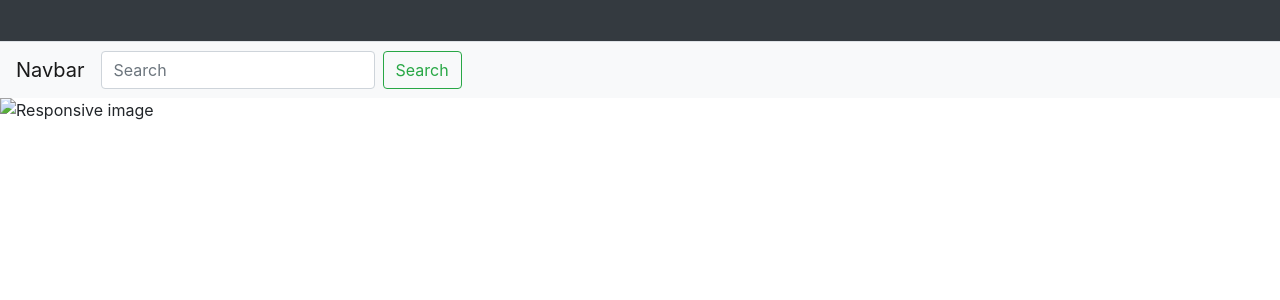
Repository: Alaa-OmarAlshobaki/portfolio
Page: index.html
An editor plug-in stored every save of this project. The page is shown before and after the next save, followed by the edit.
The browser window is 1280 px wide. The pictures show the whole page.
Some web fonts or font styles are not loaded; a fallback is used.

Above is the page before, as saved 2020-03-11 22:53:21.

### index.html
<!DOCTYPE html>
<html lang="en">
  <head>
    <meta charset="UTF-8" />
    <meta name="viewport" content="width=device-width, initial-scale=1.0" />
    <link rel="icon" href="public/img/cv.png" type="image/gif" sizes="16x16">
    <link rel="stylesheet" href="public/fonts/icomoon/style.css">
    <link rel="stylesheet" href="public/fonts/flaticon/font/flaticon.css">
    <link rel="stylesheet" href="https://stackpath.bootstrapcdn.com/bootstrap/4.3.1/css/bootstrap.min.css" integrity="sha384-ggOyR0iXCbMQv3Xipma34MD+dH/1fQ784/j6cY/iJTQUOhcWr7x9JvoRxT2MZw1T" crossorigin="anonymous">
    <link href="https://fonts.googleapis.com/css?family=Dancing+Script&display=swap" rel="stylesheet">
    <link rel="stylesheet" href="public/js/jquery-ui/jquery-ui.css" />
    <link rel="stylesheet" href="public/css/style.css" />
    <script src="https://code.jquery.com/jquery-3.3.1.slim.min.js" integrity="sha384-q8i/X+965DzO0rT7abK41JStQIAqVgRVzpbzo5smXKp4YfRvH+8abtTE1Pi6jizo" crossorigin="anonymous"></script>
    <script src="https://cdnjs.cloudflare.com/ajax/libs/popper.js/1.14.7/umd/popper.min.js" integrity="sha384-UO2eT0CpHqdSJQ6hJty5KVphtPhzWj9WO1clHTMGa3JDZwrnQq4sF86dIHNDz0W1" crossorigin="anonymous"></script>
    <script src="https://stackpath.bootstrapcdn.com/bootstrap/4.3.1/js/bootstrap.min.js" integrity="sha384-JjSmVgyd0p3pXB1rRibZUAYoIIy6OrQ6VrjIEaFf/nJGzIxFDsf4x0xIM+B07jRM" crossorigin="anonymous"></script>
    <script type="text/javascript" src="public/js/jquery.js"></script>
    <script type="text/javascript" src="public/js/jquery-ui/jquery-ui.js"></script>

    <script>

      </script>

    <title>Portfolio</title>

    </style>
  </head>
  <body>

  <div class="site-wrap">
<!-- start section social header -->
  <section>

    <div class="border-bottom top-bar py-2 bg-dark" id="home-section">
      <div class="container">
        <div class="row">
         <div class="col-7"></div>
          <div class="col-5">
            <div class="row">
              <div class="col-2"><a href="https://github.com/Alaa-OmarAlshobaki"><span class="icon-github"></span></a></div>
              <div class="col-2"><a href="https://jo.linkedin.com/in/ala-a-omar-al-shobaki-1b4059186?trk=people-guest_people_search-card"><span class="icon-linkedin"></span></a></div>
              <div class="col-2"><a href="mailto:alaaomaralshobaki@gmail.com"><span class="icon-mail_outline"></span></a></div>
              <div class="col-2"><a href="tel:+962788320226"><span class="icon-phonelink_ring"></span></a></div>
            </div>
          </div>
        </div>
      </div>
    </div>

</section>
<!-- end section social header -->
<!-- start section header -->
<section>
  <header>
    <nav class="navbar navbar-expand-lg navbar-light bg-light">
      <a class="navbar-brand" href="#">Navbar</a>
      <button class="navbar-toggler" type="button" data-toggle="collapse" data-target="#navbarTogglerDemo02" aria-controls="navbarTogglerDemo02" aria-expanded="false" aria-label="Toggle navigation">
        <span class="navbar-toggler-icon"></span>
      </button>

      <div class="collapse navbar-collapse" id="navbarTogglerDemo02">

        <form class="form-inline my-2 my-lg-0">
          <input class="form-control mr-sm-2" type="search" placeholder="Search">
          <button class="btn btn-outline-success my-2 my-sm-0" type="submit">Search</button>
        </form>
      </div>
    </nav>
  </header>
</section>
<!-- end section header -->
<!-- start section cover -->
<section>
<div class="container-fluid">
  <div class="row">
    <img src="" class="img-fluid" alt="Responsive image">
  </div>
</div>
</section>
<!-- end section cover -->
  </div><!-- end div site-wrap-->
  </body>
</html>

### public/css/style.css
a {
  color: #32dbc6;
  text-decoration: none;
  background-color: transparent;
  font-size: 15px;
}
a:hover {
  color: #1da493;
  text-decoration: none;
}

Loaded but not shown: public/fonts/icomoon/style.css (common file); public/fonts/flaticon/font/flaticon.css (common file); public/js/jquery-ui/jquery-ui.css (library); public/js/jquery.js (library); public/js/jquery-ui.js (library)

After the next save:
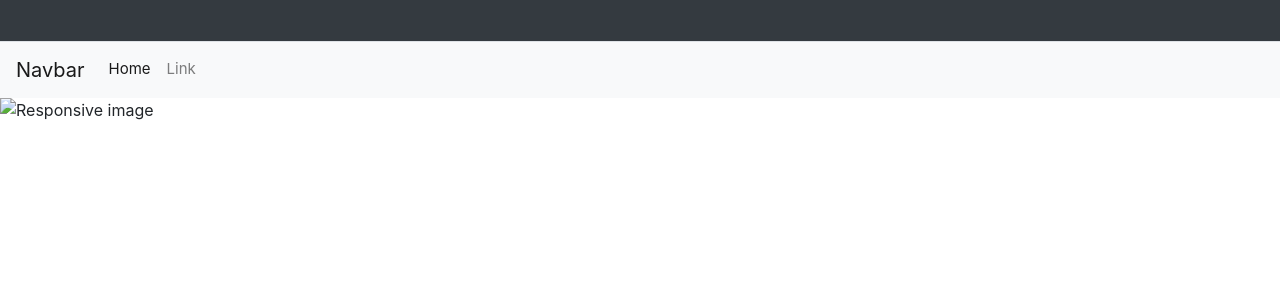
Saved 8 s later.
--- a/index.html
+++ b/index.html
@@ -60,8 +60,15 @@
       <div class="collapse navbar-collapse" id="navbarTogglerDemo02">
 
         <form class="form-inline my-2 my-lg-0">
-          <input class="form-control mr-sm-2" type="search" placeholder="Search">
-          <button class="btn btn-outline-success my-2 my-sm-0" type="submit">Search</button>
+          <ul class="navbar-nav mr-auto mt-2 mt-lg-0">
+            <li class="nav-item active">
+              <a class="nav-link" href="#">Home <span class="sr-only">(current)</span></a>
+            </li>
+            <li class="nav-item">
+              <a class="nav-link" href="#">Link</a>
+            </li>
+
+          </ul>
         </form>
       </div>
     </nav>

After the save that followed:
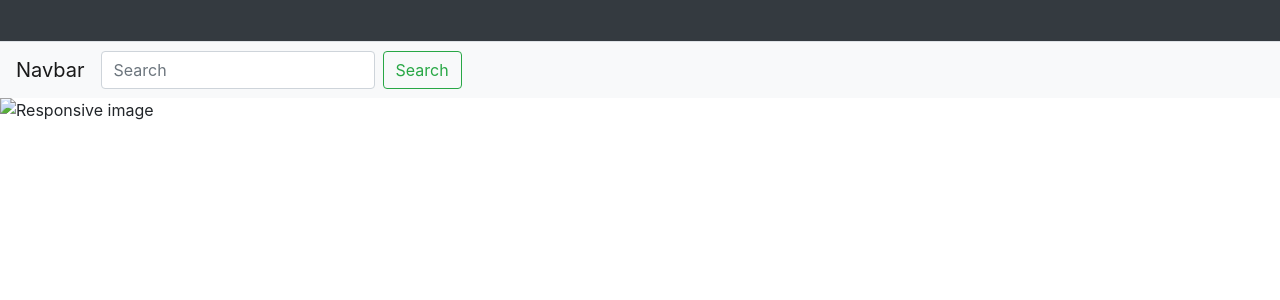
Saved 41 s later.
--- a/index.html
+++ b/index.html
@@ -60,15 +60,8 @@
       <div class="collapse navbar-collapse" id="navbarTogglerDemo02">
 
         <form class="form-inline my-2 my-lg-0">
-          <ul class="navbar-nav mr-auto mt-2 mt-lg-0">
-            <li class="nav-item active">
-              <a class="nav-link" href="#">Home <span class="sr-only">(current)</span></a>
-            </li>
-            <li class="nav-item">
-              <a class="nav-link" href="#">Link</a>
-            </li>
-
-          </ul>
+          <input class="form-control mr-sm-2" type="search" placeholder="Search">
+          <button class="btn btn-outline-success my-2 my-sm-0" type="submit">Search</button>
         </form>
       </div>
     </nav>
